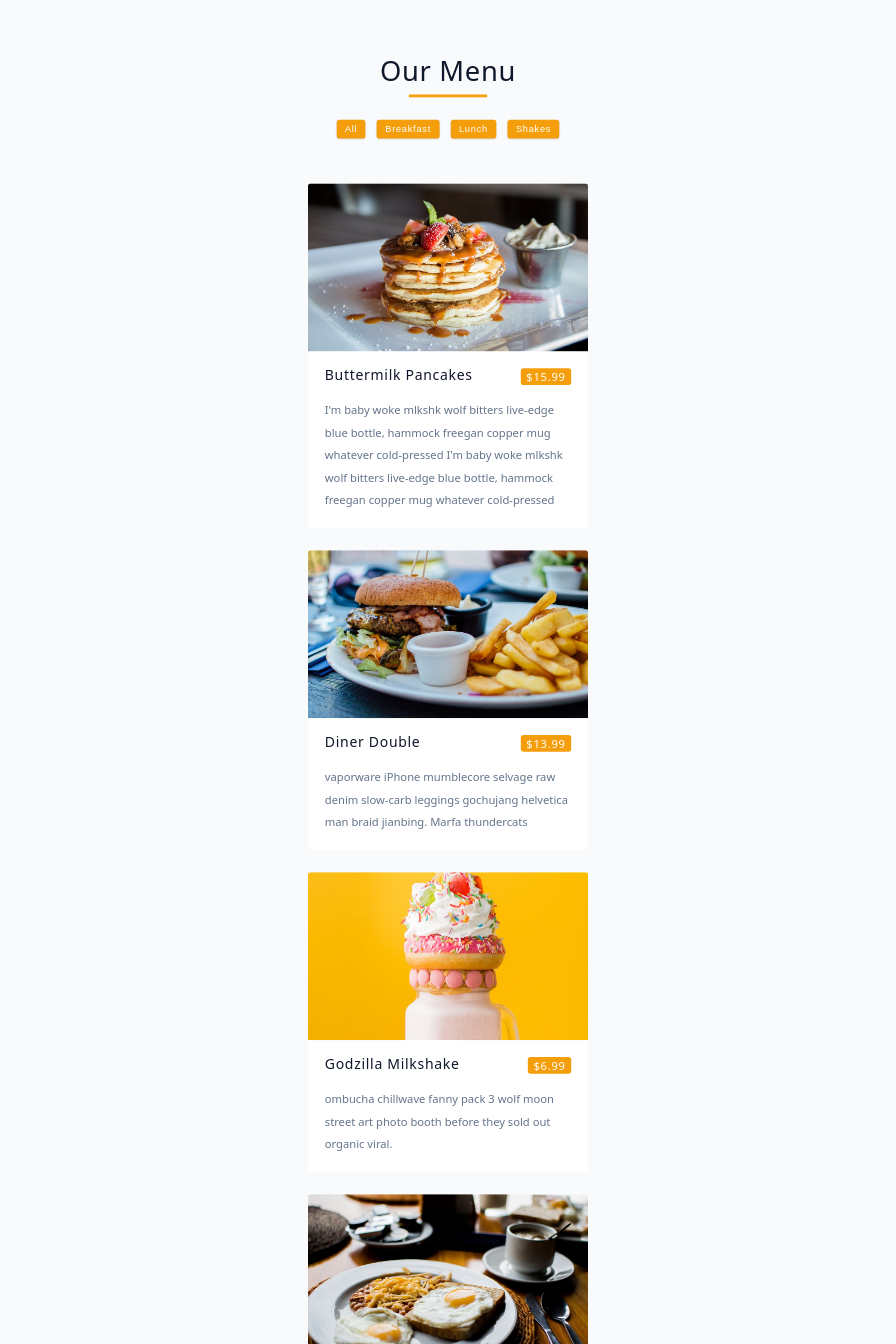
Repository: dydals3440/React-Projects
Page: / (app in 04-fundamental-projects/05-menu/starter/)
An editor plug-in stored every save of this project. The page is shown before and after the next save, followed by the edit.
The browser window is 1280 px wide. The pictures show the part of the page from y = 0 to 1920 px (the page is 4450 px tall before and 2674 px after), at 70% of full size.
The project was rebuilt for these pictures with package versions that can differ from the ones it lists, and the page was loaded fresh each time. Also part of the build but not shown: 04-fundamental-projects/05-menu/starter/vite.config.js.

Above is the page before, as saved 2023-09-07 14:06:02.

### 04-fundamental-projects/05-menu/starter/src/App.jsx
import { useState } from 'react';
import Title from './Title';
import menu from './data';
import Menu from './Menu';
import Categories from './Categories';

// const tempCategories = menu.map((item) => item.category);
// // 중복된 카테고리를 제외!
// const tempSet = new Set(tempCategories);
// const tempItems = ['all', ...tempSet];
// console.log(tempItems);

const allCategories = ['all', ...new Set(menu.map((item) => item.category))];

const App = () => {
  const [menuItems, setMenuItems] = useState(menu);
  const [categories, setCategories] = useState(allCategories);
  const filterItems = (category) => {
    if (category === 'all') {
      setMenuItems(menu);
      return;
    }
    const newItems = menu.filter((item) => item.category === category);
    setMenuItems(newItems);
  };

  return (
    <main>
      <section className='menu'>
        <Title text='our menu' />
        <Categories categories={categories} filterItems={filterItems} />
        <Menu items={menuItems} />
      </section>
    </main>
  );
};
export default App;

### 04-fundamental-projects/05-menu/starter/src/index.css
/* ============= GLOBAL CSS =============== */

*,
::after,
::before {
  margin: 0;
  padding: 0;
  box-sizing: border-box;
}

html {
  font-size: 100%;
} /*16px*/

:root {
  /* colors */
  --primary-100: #fef3c7;
  --primary-200: #fde68a;
  --primary-300: #fcd34d;
  --primary-400: #fbbf24;
  --primary-500: #f59e0b;
  --primary-600: #d97706;
  --primary-700: #b45309;
  --primary-800: #92400e;
  --primary-900: #78350f;

  /* grey */
  --grey-50: #f8fafc;
  --grey-100: #f1f5f9;
  --grey-200: #e2e8f0;
  --grey-300: #cbd5e1;
  --grey-400: #94a3b8;
  --grey-500: #64748b;
  --grey-600: #475569;
  --grey-700: #334155;
  --grey-800: #1e293b;
  --grey-900: #0f172a;
  /* rest of the colors */
  --black: #222;
  --white: #fff;
  --red-light: #f8d7da;
  --red-dark: #842029;
  --green-light: #d1e7dd;
  --green-dark: #0f5132;

  --small-text: 0.875rem;
  --extra-small-text: 0.7em;
  /* rest of the vars */
  --backgroundColor: var(--grey-50);
  --textColor: var(--grey-900);
  --borderRadius: 0.25rem;
  --letterSpacing: 1px;
  --transition: 0.3s ease-in-out all;
  --max-width: 1120px;
  --fixed-width: 600px;

  /* box shadow*/
  --shadow-1: 0 1px 3px 0 rgba(0, 0, 0, 0.1), 0 1px 2px 0 rgba(0, 0, 0, 0.06);
  --shadow-2: 0 4px 6px -1px rgba(0, 0, 0, 0.1),
    0 2px 4px -1px rgba(0, 0, 0, 0.06);
  --shadow-3: 0 10px 15px -3px rgba(0, 0, 0, 0.1),
    0 4px 6px -2px rgba(0, 0, 0, 0.05);
  --shadow-4: 0 20px 25px -5px rgba(0, 0, 0, 0.1),
    0 10px 10px -5px rgba(0, 0, 0, 0.04);
}

body {
  background: var(--backgroundColor);
  font-family: system-ui, -apple-system, BlinkMacSystemFont, 'Segoe UI', Roboto,
    Oxygen, Ubuntu, Cantarell, 'Open Sans', 'Helvetica Neue', sans-serif;
  font-weight: 400;
  line-height: 1;
  color: var(--textColor);
}
p {
  margin: 0;
}
h1,
h2,
h3,
h4,
h5 {
  margin: 0;
  font-family: var(--headingFont);
  font-weight: 400;
  line-height: 1;
  text-transform: capitalize;
  letter-spacing: var(--letterSpacing);
}

h1 {
  font-size: 3.052rem;
}

h2 {
  font-size: 2.441rem;
}

h3 {
  font-size: 1.953rem;
}

h4 {
  font-size: 1.563rem;
}

h5 {
  font-size: 1.25rem;
}

.text {
  margin-bottom: 1.5rem;
  max-width: 40em;
}

small,
.text-small {
  font-size: var(--small-text);
}

a {
  text-decoration: none;
}
ul {
  list-style-type: none;
  padding: 0;
}

.img {
  width: 100%;
  display: block;
  object-fit: cover;
}
/* buttons */

.btn {
  cursor: pointer;
  color: var(--white);
  background: var(--primary-500);
  border: transparent;
  border-radius: var(--borderRadius);
  letter-spacing: var(--letterSpacing);
  padding: 0.375rem 0.75rem;
  box-shadow: var(--shadow-1);
  transition: var(--transition);
  text-transform: capitalize;
  display: inline-block;
}
.btn:hover {
  background: var(--primary-700);
  box-shadow: var(--shadow-3);
}
.btn-hipster {
  color: var(--primary-500);
  background: var(--primary-200);
}
.btn-hipster:hover {
  color: var(--primary-200);
  background: var(--primary-700);
}
.btn-block {
  width: 100%;
}

/* alerts */
.alert {
  padding: 0.375rem 0.75rem;
  margin-bottom: 1rem;
  border-color: transparent;
  border-radius: var(--borderRadius);
}

.alert-danger {
  color: var(--red-dark);
  background: var(--red-light);
}
.alert-success {
  color: var(--green-dark);
  background: var(--green-light);
}
/* form */

.form {
  width: 90vw;
  max-width: var(--fixed-width);
  background: var(--white);
  border-radius: var(--borderRadius);
  box-shadow: var(--shadow-2);
  padding: 2rem 2.5rem;
  margin: 3rem auto;
}
.form-label {
  display: block;
  font-size: var(--small-text);
  margin-bottom: 0.5rem;
  text-transform: capitalize;
  letter-spacing: var(--letterSpacing);
}
.form-input,
.form-textarea {
  width: 100%;
  padding: 0.375rem 0.75rem;
  border-radius: var(--borderRadius);
  background: var(--backgroundColor);
  border: 1px solid var(--grey-200);
}

.form-row {
  margin-bottom: 1rem;
}

.form-textarea {
  height: 7rem;
}
::placeholder {
  font-family: inherit;
  color: var(--grey-400);
}
.form-alert {
  color: var(--red-dark);
  letter-spacing: var(--letterSpacing);
  text-transform: capitalize;
}
/* alert */

@keyframes spinner {
  to {
    transform: rotate(360deg);
  }
}

.loading {
  width: 6rem;
  height: 6rem;
  border: 5px solid var(--grey-400);
  border-radius: 50%;
  border-top-color: var(--primary-500);
  animation: spinner 0.6s linear infinite;
  margin: 0 auto;
}

/* title */

.title {
  text-align: center;
}

.title-underline {
  background: var(--primary-500);
  width: 7rem;
  height: 0.25rem;
  margin: 0 auto;
  margin-top: 1rem;
}
/* ============= PROJECT CSS =============== */
.menu {
  padding: 5rem 0;
}

.btn-container {
  margin: 2rem 0 4rem 0;
  display: flex;
  justify-content: center;
  flex-wrap: wrap;
  gap: 1rem;
}

.section-center {
  width: 90vw;
  margin: 0 auto;
  max-width: var(--max-width);
  display: grid;
  gap: 2rem;
}

.menu-item {
  background: var(--white);
  border-radius: var(--borderRadius);
}

.menu-item .img {
  height: 15rem;
  border-top-right-radius: var(--borderRadius);
  border-top-left-radius: var(--borderRadius);
}

.item-info {
  padding: 1.5rem;
}

.item-info header {
  display: flex;
  justify-content: space-between;
  flex-wrap: wrap;
  gap: 1rem;
  margin-bottom: 1.25rem;
}

.item-info h5 {
  font-weight: 500;
}

.item-price {
  background: var(--primary-500);
  color: var(--white);
  padding: 0.25rem 0.5rem;
  letter-spacing: var(--letterSpacing);
  border-radius: var(--borderRadius);
}

.item-text {
  line-height: 2;
  color: var(--grey-500);
}

.section-center {
  justify-items: center;
}

.menu-item {
  max-width: 25rem;
}

@media screen and (min-width: 992) {
  .section-center {
    grid-template-columns: 1fr 1fr;
    align-items: start;
  }
}

### 04-fundamental-projects/05-menu/starter/src/Title.jsx
function Title({ text }) {
  return (
    <div className='title'>
      <h2>{text || 'Default Title'}</h2>
      <div className='title-underline'></div>
    </div>
  );
}

export default Title;

### 04-fundamental-projects/05-menu/starter/src/data.js
const menu = [
  {
    id: 1,
    title: 'buttermilk pancakes',
    category: 'breakfast',
    price: 15.99,
    img: '/images/item-1.jpeg',
    desc: `I'm baby woke mlkshk wolf bitters live-edge blue bottle, hammock freegan copper mug whatever cold-pressed I'm baby woke mlkshk wolf bitters live-edge blue bottle, hammock freegan copper mug whatever cold-pressed `,
  },
  {
    id: 2,
    title: 'diner double',
    category: 'lunch',
    price: 13.99,
    img: '/images/item-2.jpeg',
    desc: `vaporware iPhone mumblecore selvage raw denim slow-carb leggings gochujang helvetica man braid jianbing. Marfa thundercats `,
  },
  {
    id: 3,
    title: 'godzilla milkshake',
    category: 'shakes',
    price: 6.99,
    img: '/images/item-3.jpeg',
    desc: `ombucha chillwave fanny pack 3 wolf moon street art photo booth before they sold out organic viral.`,
  },
  {
    id: 4,
    title: 'country delight',
    category: 'breakfast',
    price: 20.99,
    img: '/images/item-4.jpeg',
    desc: `Shabby chic keffiyeh neutra snackwave pork belly shoreditch. Prism austin mlkshk truffaut, `,
  },
  {
    id: 5,
    title: 'egg attack',
    category: 'lunch',
    price: 22.99,
    img: '/images/item-5.jpeg',
    desc: `franzen vegan pabst bicycle rights kickstarter pinterest meditation farm-to-table 90's pop-up `,
  },
  {
    id: 6,
    title: 'oreo dream',
    category: 'shakes',
    price: 18.99,
    img: '/images/item-6.jpeg',
    desc: `Portland chicharrones ethical edison bulb, palo santo craft beer chia heirloom iPhone everyday`,
  },
  {
    id: 7,
    title: 'bacon overflow',
    category: 'breakfast',
    price: 8.99,
    img: '/images/item-7.jpeg',
    desc: `carry jianbing normcore freegan. Viral single-origin coffee live-edge, pork belly cloud bread iceland put a bird `,
  },
  {
    id: 8,
    title: 'american classic',
    category: 'lunch',
    price: 12.99,
    img: '/images/item-8.jpeg',
    desc: `on it tumblr kickstarter thundercats migas everyday carry squid palo santo leggings. Food truck truffaut  `,
  },
  {
    id: 9,
    title: 'quarantine buddy',
    category: 'shakes',
    price: 16.99,
    img: '/images/item-9.jpeg',
    desc: `skateboard fam synth authentic semiotics. Live-edge lyft af, edison bulb yuccie crucifix microdosing.`,
  },
];
export default menu;

### 04-fundamental-projects/05-menu/starter/src/Menu.jsx
import MenuItem from './MenuItem';

const Menu = ({ items }) => {
  return (
    <div className='section-center'>
      {items.map((menuItem) => {
        return <MenuItem key={menuItem.id} {...menuItem} />;
      })}
    </div>
  );
};

export default Menu;

### 04-fundamental-projects/05-menu/starter/src/Categories.jsx
const Categories = ({ categories, filterItems }) => {
  return (
    <div className='btn-container'>
      {categories.map((category) => {
        return (
          <button
            type='button'
            className='btn'
            key={category}
            // 카테고리를 통과해야하기 떄문에 화살표함수 기능을 제공해야함.
            onClick={() => filterItems(category)}
          >
            {category}
          </button>
        );
      })}
    </div>
  );
};

export default Categories;

### 04-fundamental-projects/05-menu/starter/src/MenuItem.jsx
const MenuItem = ({ img, title, price, desc }) => {
  return (
    <article className='menu-item'>
      <img src={img} alt={title} className='img' />
      <div className='item-info'>
        <header>
          <h5>{title}</h5>
          <span className='item-price'>${price}</span>
        </header>
        <p className='item-text'>{desc}</p>
      </div>
    </article>
  );
};

export default MenuItem;

Loaded but not shown: 04-fundamental-projects/05-menu/starter/index.html (common file); 04-fundamental-projects/05-menu/starter/src/main.jsx (common file)

After the next save:
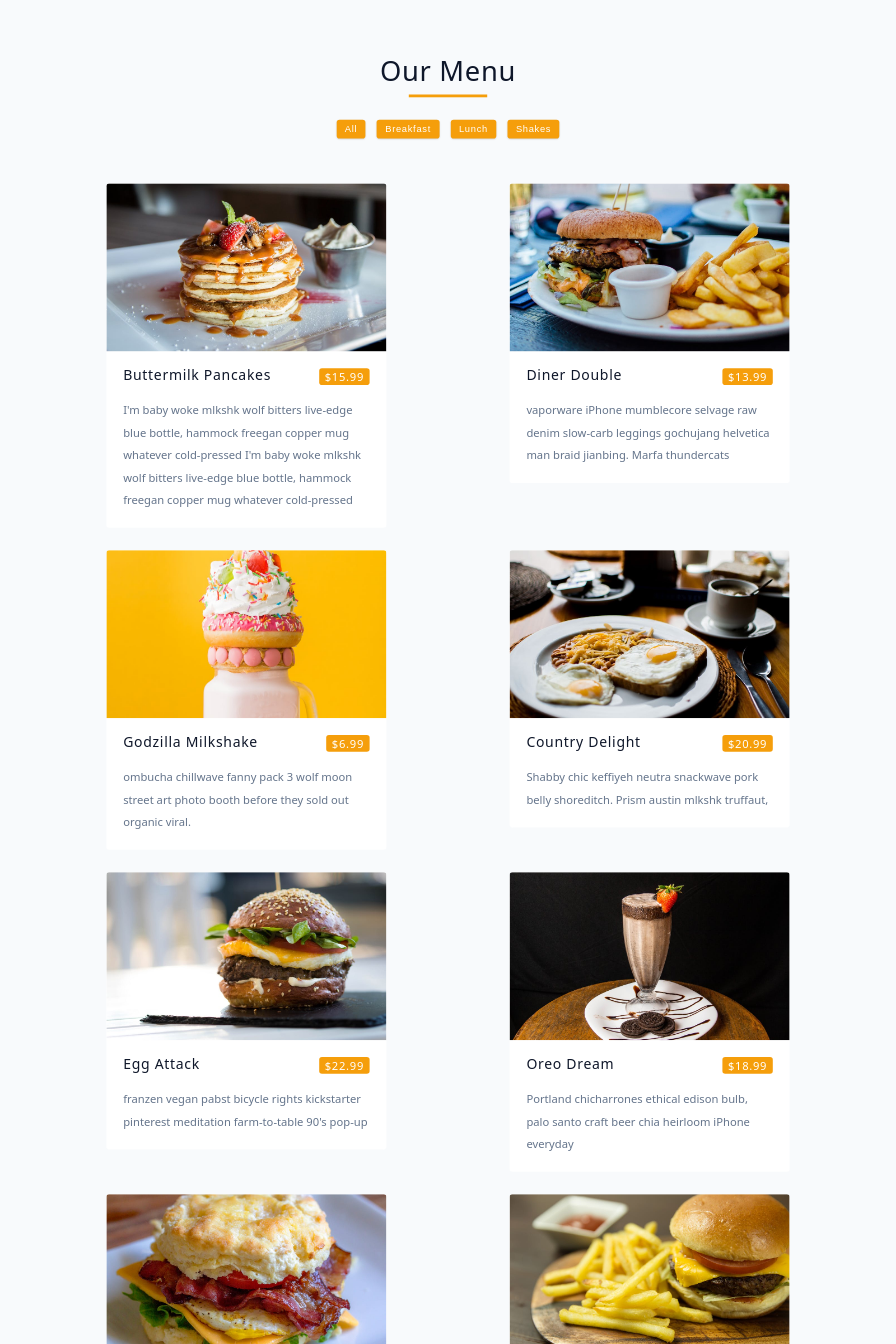
Saved 28 s later.
--- a/04-fundamental-projects/05-menu/starter/src/index.css
+++ b/04-fundamental-projects/05-menu/starter/src/index.css
@@ -321,7 +321,7 @@ ul {
   max-width: 25rem;
 }
 
-@media screen and (min-width: 992) {
+@media screen and (min-width: 992px) {
   .section-center {
     grid-template-columns: 1fr 1fr;
     align-items: start;
